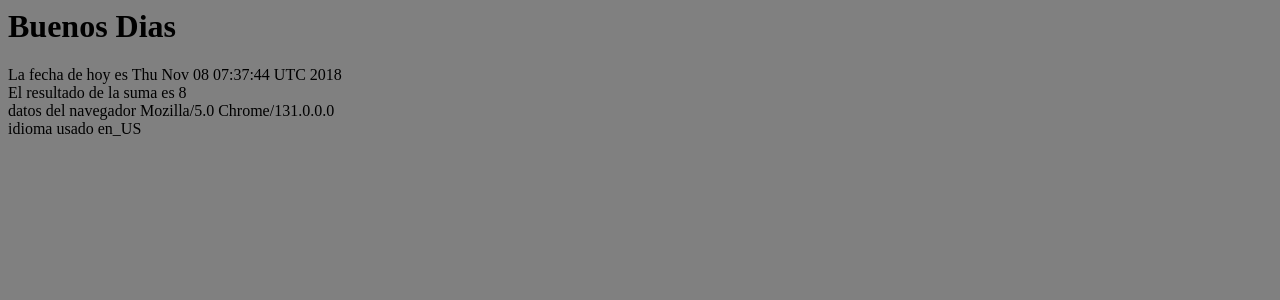
Repository: rengifolu/Blog
Page: http://localhost/PrimerosPasosJSP/saludo.jsp
The author's editor kept a copy of each file at every save. The page is drawn from the files as they stood at one save, then again after the next save.
The browser window is 1280 px wide. The pictures show the whole page.
The page is served by Tomcat 9.

Above is the page before, as saved 2018-11-08 10:42:22.

### PrimerosPasosJSP/WebContent/saludo.jsp
<%@page import="diego.com.calculos.*"%>
<%@page import="java.util.Date"%>
<html>

<body style="background:grey">
  <h1>
      Buenos Dias
  </h1>

      La fecha de hoy es  <%= new Date() %>


      <br>

      El resultado de la suma es <%= Calculos.suma(5,3)%>

      <br>
      datos del navegador <%= request.getHeader("User-Agent") %>
      <br>
      idioma usado <%= request.getLocale() %>

</body>
</html>

### PrimerosPasosJSP/src/diego/com/calculos/Calculos.java
package diego.com.calculos;

public class Calculos {

    private static int resultado;
    public static int suma(int i, int j){
 	  resultado = i+j;
 	  return resultado;
   }

}

After the next save:
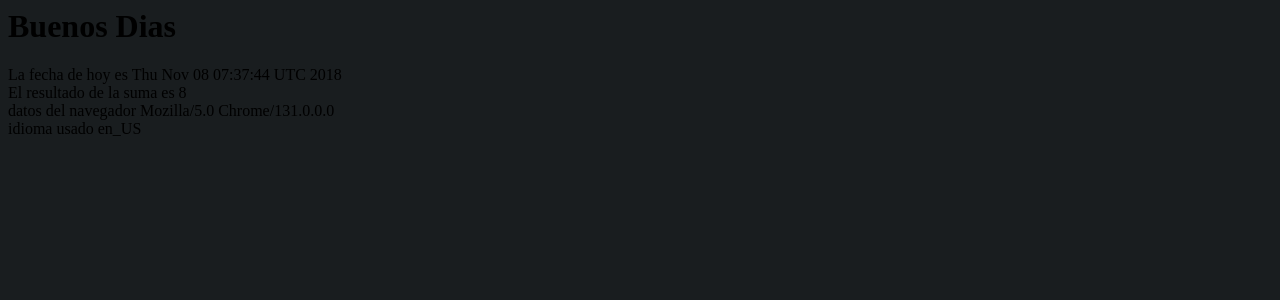
Saved 20 min 59 s later.
--- a/PrimerosPasosJSP/WebContent/saludo.jsp
+++ b/PrimerosPasosJSP/WebContent/saludo.jsp
@@ -2,7 +2,7 @@
 <%@page import="java.util.Date"%>
 <html>
 
-<body style="background:grey">
+<body style="background:#191D1F">
   <h1>
       Buenos Dias
   </h1>
